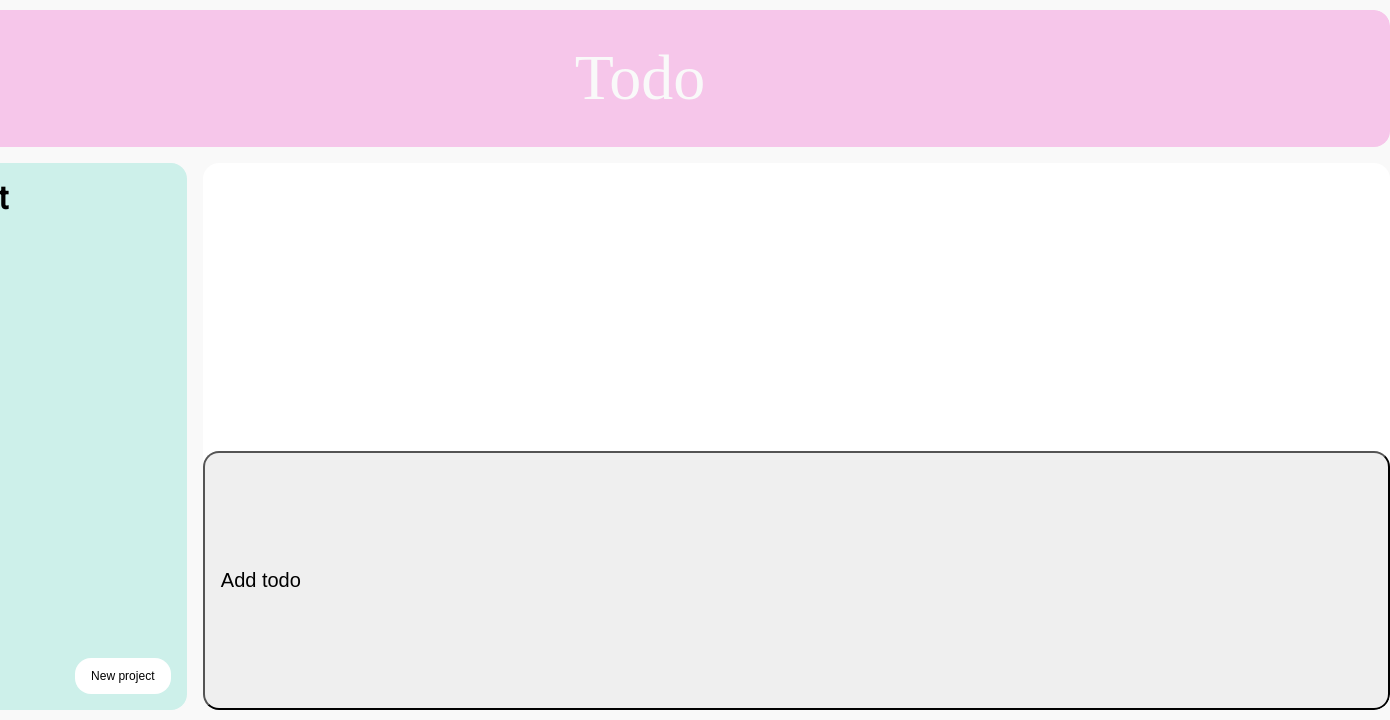
Repository: yeetzpxoci/todo-list
Page: dist/index.html
These files come from the project's save history. The page is drawn as it stood at one moment and after a run of saves; the edit follows.
The browser window is 1280 px wide. The page is 1390 px wide, so the pictures cover 1390 px, including what lies to the right of the window. The pictures show the whole page.
Some web fonts or font styles are not loaded; a fallback is used.

Above is the page before, as saved 2023-03-08 14:37:11.

After the next 3 saves:
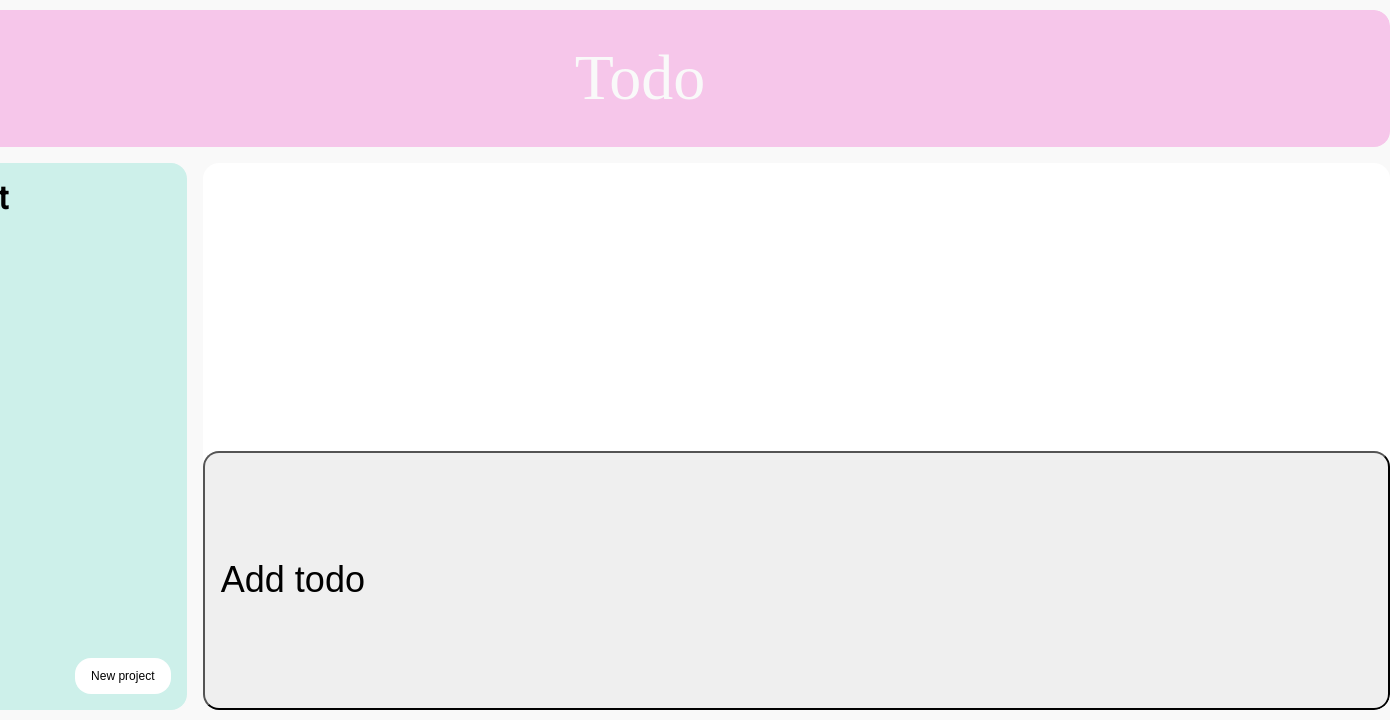
The 3 saves are shown as one change because they came seconds apart.
The last was saved 16 s later.
--- a/dist/styles.css
+++ b/dist/styles.css
@@ -88,7 +88,7 @@ p {
     border-radius: 16px;
     padding-left: 16px;
     padding-right: 16px;
-    font-size: 20px;
+    font-size: 36px;
     cursor: pointer;
 }
 
